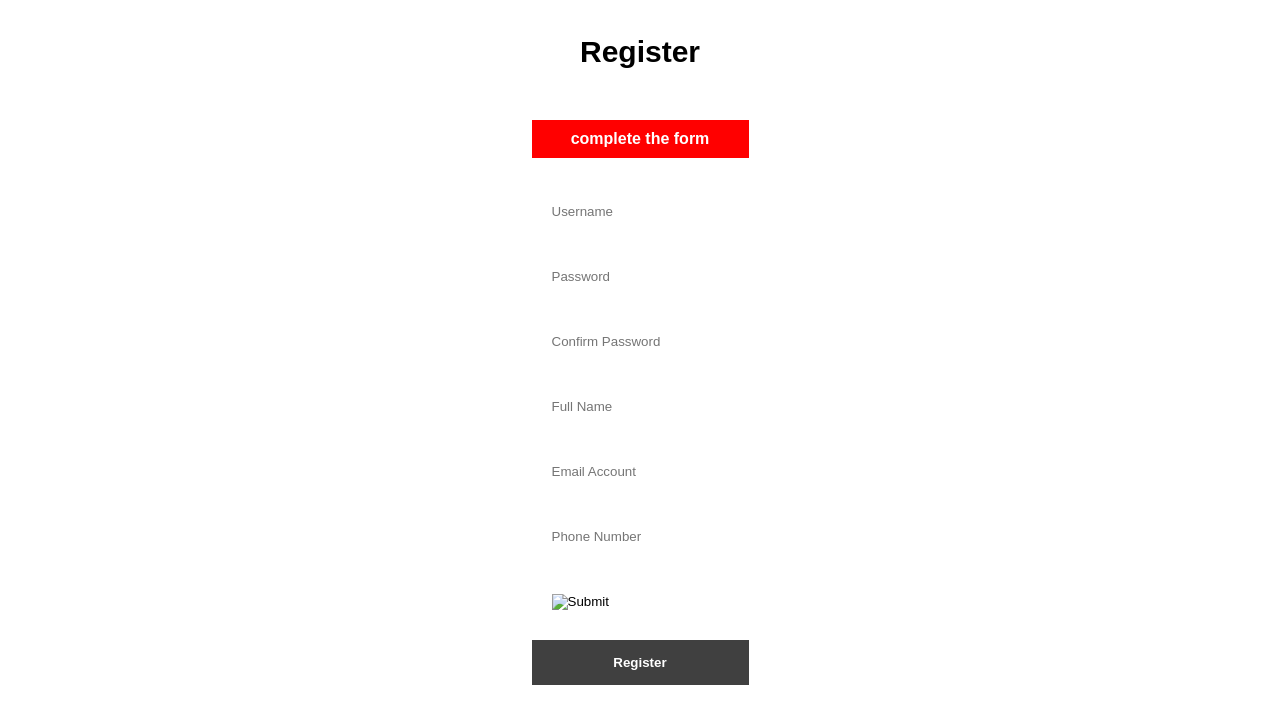
Repository: kritikakittu06/Ecommerce
Page: http://localhost/PixlePrinter/pages/AddAdmin.jsp
An editor plug-in stored every save of this project. The page is shown before and after the next save, followed by the edit.
The browser window is 1280 px wide. The pictures show the whole page.
Some web fonts or font styles are not loaded; a fallback is used. The page is served by Tomcat 9. Nobody is signed in. The application's start-up code is not run. Other server files are loaded and not shown.

Above is the page before, as saved 2024-04-20 02:50:32.

### PixlePrinter/src/main/webapp/pages/AddAdmin.jsp
<%@ page language="java" contentType="text/html; charset=UTF-8" pageEncoding="UTF-8" %>
    <%@ page import="utilities.Utilities" %>
        <!DOCTYPE html>
        <html>

        <head>
            <meta charset="UTF-8">
            <meta http-equiv="X-UA-Compatible" content="IE=edge" />
            <meta name="viewport" content="width=device-width, initial-scale=1.0" />
            <link rel="stylesheet" href="${pageContext.request.contextPath}/css/Register.css">
            <title>Add Admin</title>
        </head>

        <body>
            <form method="post" action="${pageContext.request.contextPath}/AdminRegister" enctype="multipart/form-data">
                <h2 class="register">Register</h2>
                <p id="passwordError"></p>
                <input type="text" placeholder="Username" autocomplete="username" name="user_name">
                 <input type="password" minlength="8" id="password" placeholder="Password" autocomplete="new-password" oninput="checkPasswords()" name="password">
                <input type="password" minlength="8" id="confirmPassword" placeholder="Confirm Password" oninput="checkPasswords()">
                <input type="text" id="fullName" placeholder="Full Name" name="full_name">
                <input type="email" id="email" placeholder="Email Account" name="email">
                <input type="text" id="account_type" value="Admin" name="account_type" hidden>
                <input type="tel" id="phoneNumber" placeholder="Phone Number" name="phone_Num">
                <input type="image" name="image" placeholder="Profile Picture">
                <button class="tombol-register" type="submit" id="registerButton" disabled>Register</button>
            </form>
        </body>
        <script src="${pageContext.request.contextPath}/js/Register.js"></script>

        </html>

### PixlePrinter/src/main/webapp/css/Register.css
@charset "UTF-8";
@import url('https://fonts.googleapis.com/css2?family=Plus+Jakarta+Sans:ital,wght@0,200;0,700;1,200&display=swap');

body {
    margin: 0;
    padding: 0;
    display: flex;
    justify-content: center;
    align-items: center;
    min-height: 100vh;
    font-family: 'Plus Jakarta Sans', sans-serif;
    background-size: cover;
    background-position: center;
}

.container {
    display: flex;
    justify-content: center;
    align-items: center;
    height: 100%;
}

.card {
    width: 450px;
    background-color: rgba(255, 255, 255, 0.8);
    backdrop-filter: blur(10px);
    padding: 20px;
    border-radius: 8px;
    border: 2px solid;
    overflow: hidden;
    align-items: center;
    justify-content: center;
}

h2 {
    text-align: center;
    font-weight: 600;
    font-size: 30px;
    margin-top: 0;
}

form {
    display: flex;
    flex-direction: column;
    gap: 10px;
}

input {
    padding: 20px;
    border: none;
    border-radius: 5px;
    background-color: rgba(255, 255, 255, 0.5);
    color: #000000;
    transition: all 250ms;
}

input:focus {
    outline: none;
    background-color: rgba(238, 238, 238, 0.8);
}

.card form a, .tombol-register {
    padding: 15px 20px;
    background-color: rgba(17, 17, 17, 0.8);
    cursor: pointer;
    color: #ffffff;
    text-align: center;
    text-decoration: none;
    font-weight: 600;
    border: none;
    outline: none;
}

.tombol-register:hover,
a:hover {
    background-color: rgba(54, 54, 54, 0.8);
}

.switch a {
    cursor: pointer;
    color: rgb(0, 47, 255);
    text-align: center;
    text-decoration: none;
    font-weight: 600;
}

.switch {
    display: flex;
    justify-content: center;
    align-items: center;
    gap: 10px;
    margin-top: 10px;
}

@media (max-width: 575px) {
    .card {
        width: 100%;
        max-width: 300px;
    }
}

### PixlePrinter/src/main/webapp/js/Register.js
function checkForm() {
    var password = document.getElementById('password').value;
    var confirmPassword = document.getElementById('confirmPassword').value;
    var fullName = document.getElementById('fullName').value;
    var phoneNumber = document.getElementById('phoneNumber').value;
    var errorElement = document.getElementById('passwordError');
    var registerButton = document.getElementById('registerButton');

    if (password !== confirmPassword) {
        errorElement.textContent = 'Password dont match';
        errorElement.style.textAlign= 'center';
        errorElement.style.backgroundColor= 'red';
        errorElement.style.padding= '10px';
        errorElement.style.color= '#fff';
        disableButton();
        return;
    } else if(password.length && confirmPassword.length) {
        errorElement.textContent = 'Form is ready!';
        errorElement.style.textAlign= 'center';
        errorElement.style.backgroundColor= 'green';
        errorElement.style.padding= '10px';
        errorElement.style.color= '#fff';
    }

    if (fullName.trim() === '' || phoneNumber.trim() === '') {
        errorElement.textContent = 'complete the form';
        errorElement.style.textAlign= 'center';
        errorElement.style.fontWeight= '600';
        errorElement.style.backgroundColor= 'red';
        errorElement.style.padding= '10px';
        errorElement.style.color= '#fff';
        disableButton();
        return;
    }

    enableButton();
}

function disableButton() {
    var registerButton = document.getElementById('registerButton');
    registerButton.disabled = true;
}

function enableButton() {
    var registerButton = document.getElementById('registerButton');
    registerButton.disabled = false;
}

function redirectToLogin() {
    window.location.href = '#';
}

// Call checkForm on input events
document.getElementById('password').addEventListener('input', checkForm);
document.getElementById('confirmPassword').addEventListener('input', checkForm);
document.getElementById('fullName').addEventListener('input', checkForm);
document.getElementById('phoneNumber').addEventListener('input', checkForm);

// Call checkForm on page load to handle initial state
document.addEventListener('DOMContentLoaded', checkForm);

After the next save:
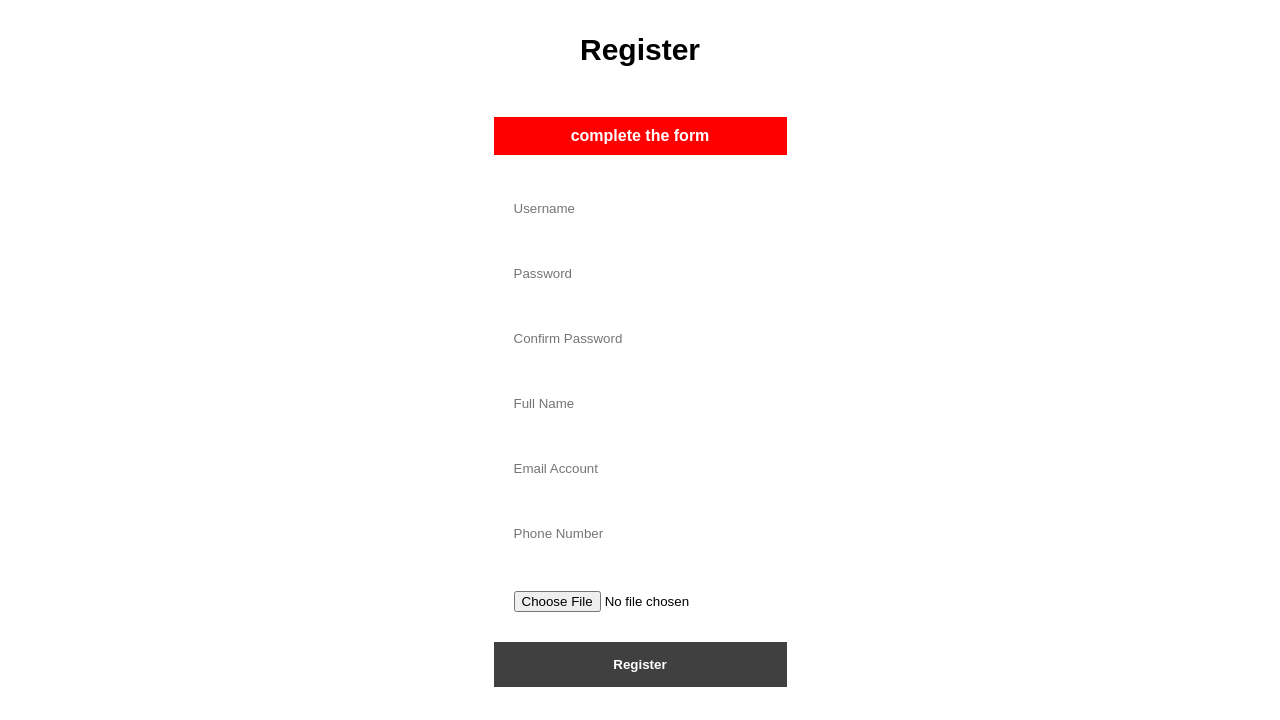
Saved 36 s later.
--- a/PixlePrinter/src/main/webapp/pages/AddAdmin.jsp
+++ b/PixlePrinter/src/main/webapp/pages/AddAdmin.jsp
@@ -22,7 +22,7 @@
                 <input type="email" id="email" placeholder="Email Account" name="email">
                 <input type="text" id="account_type" value="Admin" name="account_type" hidden>
                 <input type="tel" id="phoneNumber" placeholder="Phone Number" name="phone_Num">
-                <input type="image" name="image" placeholder="Profile Picture">
+                <input type="file" name="image" placeholder="Profile Picture">
                 <button class="tombol-register" type="submit" id="registerButton" disabled>Register</button>
             </form>
         </body>
